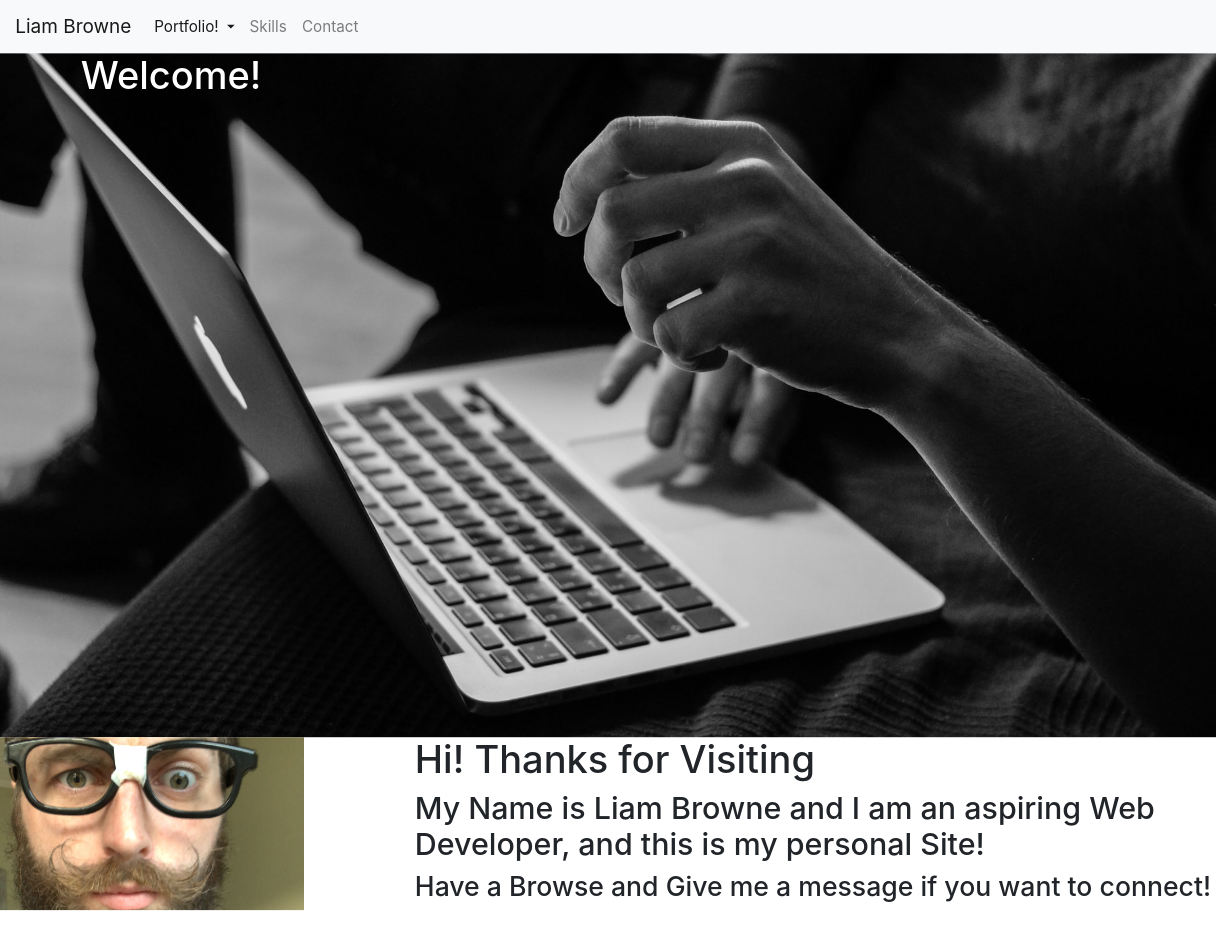
Repository: LiamB123/LiamBrowne.com.github.io
Page: index.html
The author's editor kept a record of every edit. The page is drawn from the files as they stood at one moment, then again after the next edit.
The browser window is 1280 px wide. The page is 1295 px wide, then 1280 px, so the pictures cover 1295 px, including what lies to the right of the window. The pictures show the whole page, at 95% of full size.
Backgrounds fixed to the window are drawn as part of the page.

Above is the page before.

### index.html
<!DOCTYPE html>
<html lang="en">

<head>
  <meta charset="UTF-8">
  <meta name="viewport" content="width=device-width, initial-scale=1.0">


  <meta http-equiv="X-UA-Compatible" content="ie=edge">

  <title>Liam Browne</title>

  <!--Boostrap Links for Css, Js and Jquery --->
  <link rel="stylesheet" href="https://stackpath.bootstrapcdn.com/bootstrap/4.4.1/css/bootstrap.min.css" integrity="sha384-Vkoo8x4CGsO3+Hhxv8T/Q5PaXtkKtu6ug5TOeNV6gBiFeWPGFN9MuhOf23Q9Ifjh" crossorigin="anonymous">

  <script src="https://code.jquery.com/jquery-3.4.1.slim.min.js" integrity="sha384-J6qa4849blE2+poT4WnyKhv5vZF5SrPo0iEjwBvKU7imGFAV0wwj1yYfoRSJoZ+n" crossorigin="anonymous"></script>
  <script src="https://cdn.jsdelivr.net/npm/popper.js@1.16.0/dist/umd/popper.min.js" integrity="sha384-Q6E9RHvbIyZFJoft+2mJbHaEWldlvI9IOYy5n3zV9zzTtmI3UksdQRVvoxMfooAo" crossorigin="anonymous"></script>
  <script src="https://stackpath.bootstrapcdn.com/bootstrap/4.4.1/js/bootstrap.min.js" integrity="sha384-wfSDF2E50Y2D1uUdj0O3uMBJnjuUD4Ih7YwaYd1iqfktj0Uod8GCExl3Og8ifwB6" crossorigin="anonymous"></script>

  <!--Boostrap Links for Font Awesome--->
  <link rel="stylesheet" href="https://stackpath.bootstrapcdn.com/font-awesome/4.7.0/css/font-awesome.min.css" type="text/css" />

  <link rel="stylesheet" href="static/css/custom.css" type="text/css" />

</head>

<body>


  <nav class="navbar navbar-expand-lg navbar-light bg-light">
    <a class="navbar-brand" href="index.html">Liam Browne </a>
    <button class="navbar-toggler" type="button" data-toggle="collapse" data-target="#navbarSupportedContent" aria-controls="navbarSupportedContent" aria-expanded="false" aria-label="Toggle navigation">
    <span class="navbar-toggler-icon"></span>
  </button>

    <div class="collapse navbar-collapse" id="navbarSupportedContent">
      <ul class="navbar-nav mr-auto">
        <li class="nav-item active nav-item dropdown">
          <a class="nav-link dropdown-toggle" href="" id="navbarDropdown" role="button" data-toggle="dropdown" aria-haspopup="true" aria-expanded="false">
          Portfolio!
        </a>
          <div class="dropdown-menu" aria-labelledby="navbarDropdown">
            <a class="dropdown-item" href="portfolio.html">Take me there!</a>
            <a class="dropdown-item" target="_blank" href="https://liams-the-store.herokuapp.com/">E-Commerce</a>
            <a class="dropdown-item" href="https://liams-booze.herokuapp.com/">Booze Clues</a>
            <div class="dropdown-divider"></div>
            <a class="dropdown-iitem" href="https://github.com/LiamB123/">
           Check out my GitHub</a>
          </div>
        </li>
        <a class="nav-link" href="Skills.html">Skills<span class="sr-only">(current)</span></a>
        </li>
        <li class="nav-item">
          <a class="nav-link" href="contact.html">Contact</a>
        </li>

      </ul>

    </div>
  </nav>
  <!----Masthead Section---->

  <section>
    <div id="title-img">
      <div class="container">


        <h1 class="white-lettering">
          Welcome!
        </h1>


      </div>
    </div>
    <div class="row ">
      <div id ="liam-img" class="col-sm-4 col-md-4 col-lg-4">


      </div>
      <div class="col-sm-8 col-md-8 col-lg-8">
      <h1>Hi! Thanks for Visiting</h1>
      <h2>My Name is Liam Browne and I am an aspiring Web Developer, and this is my personal Site!</h2>
      <h3>Have a Browse and Give me a message if you want to connect!</h3>
      </div>
    </div>
  </section>
</body>

<footer>
  <div class="row">
    <div class="col-4-sm col-4-md col-4-lg">

      <i class="fab fa-twitter">

      </i>
    </div>
  </div>

</footer>

</html>

### static/css/custom.css
/*Image Classes*/


#contact-img {
    min-height: 100vh;
    min-width: 100%;
    z-index: -1;
    background-image: url("../img/keyboard.jpg");
    background-repeat: no-repeat;
    background-position: center;
    background-attachment: fixed;
}


#title-img{
    background-attachment: fixed;
    background-image: url("../img/laptop.jpg");
    background-position: bottom;
    background-size: cover;
   min-height: 100vh;
    min-width: 100%;
    margin-bottom: 0px;
    z-index: -1;
}
#liam-img{
    background-attachment: fixed;
    background-repeat: no-repeat;
    background-image: url("../img/nerd.jpg");
    background-position: left;
    min-height:auto;
    min-width: auto;
    margin-bottom: 0px;
}


.portfolio-img {
    min-height: 100vh;
    min-width: 100%;
    z-index: -1;
    background-image: url("../img/portfolio.jpg");
    background-repeat: no-repeat;
    background-position: center;
    background-attachment: fixed;
}


.white-lettering{
    color: white;
}

.portfolio-sizing{
    padding-top: 20%;

}


.vertical-align-center{
    padding-top:40%;
    text-align: center;
    padding-bottom: 20%;
}
.tall{
    height:10vh;
    font-size: 5vh;
}

After the next edit:
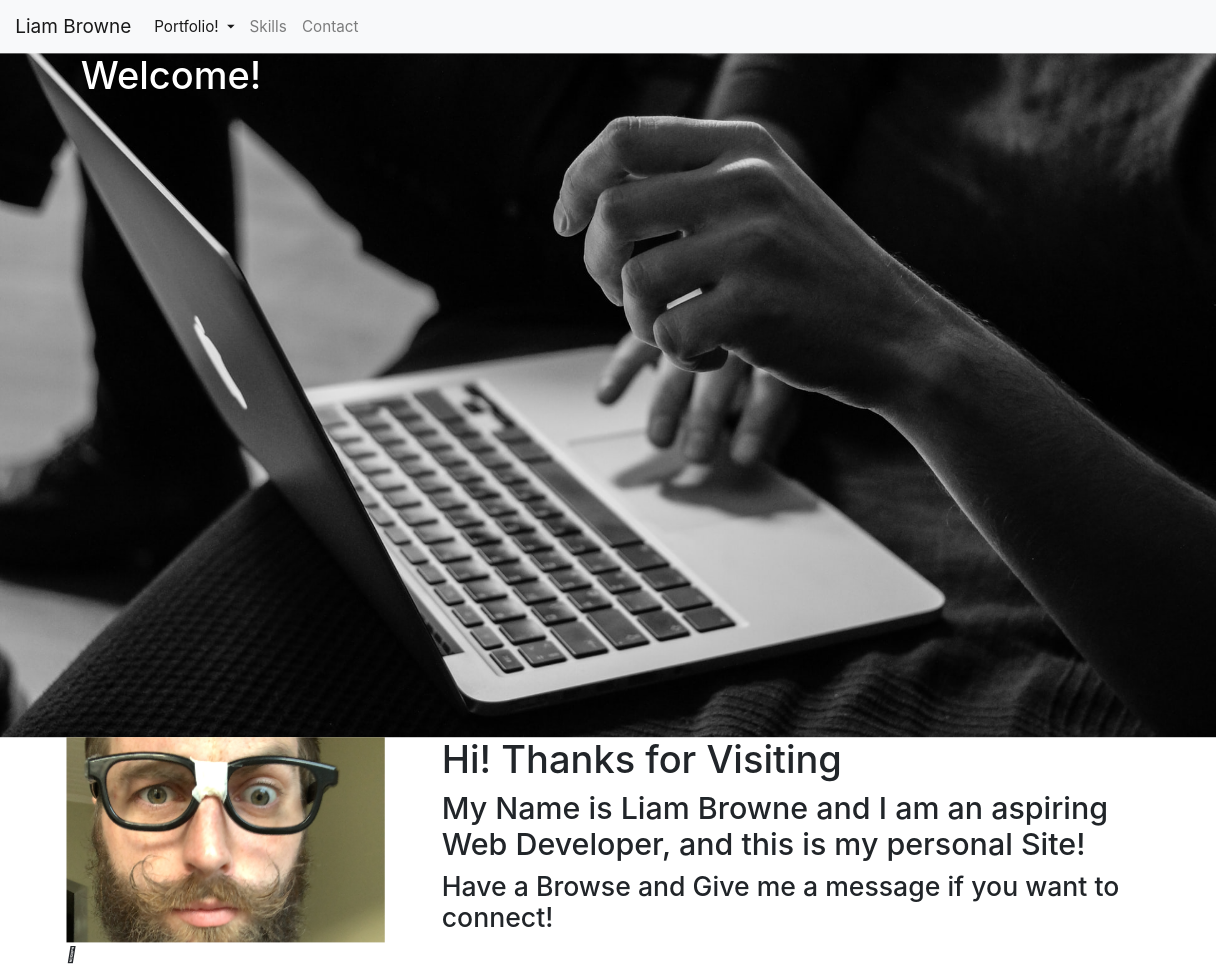
The edit:
--- a/index.html
+++ b/index.html
@@ -72,6 +72,8 @@
 
       </div>
     </div>
+    </section>
+    <div class="container">
     <div class="row ">
       <div id ="liam-img" class="col-sm-4 col-md-4 col-lg-4">
 
